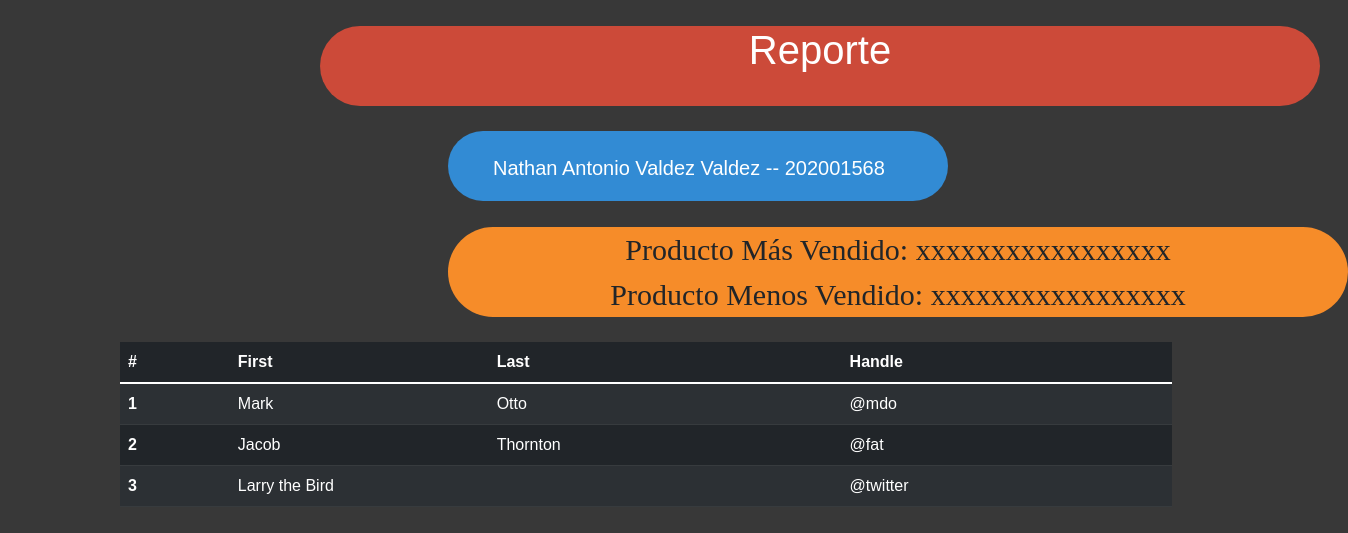
Repository: nathanvdev/LFP_PR_202001568
Page: plantilla.html
An editor plug-in stored every save of this project. The page is shown before and after the next save, followed by the edit.
The browser window is 1280 px wide. The page is 1348 px wide, then 1320 px, so the pictures cover 1348 px, including what lies to the right of the window. The pictures show the whole page.

Above is the page before, as saved 2022-02-19 19:20:48.

After the next save:
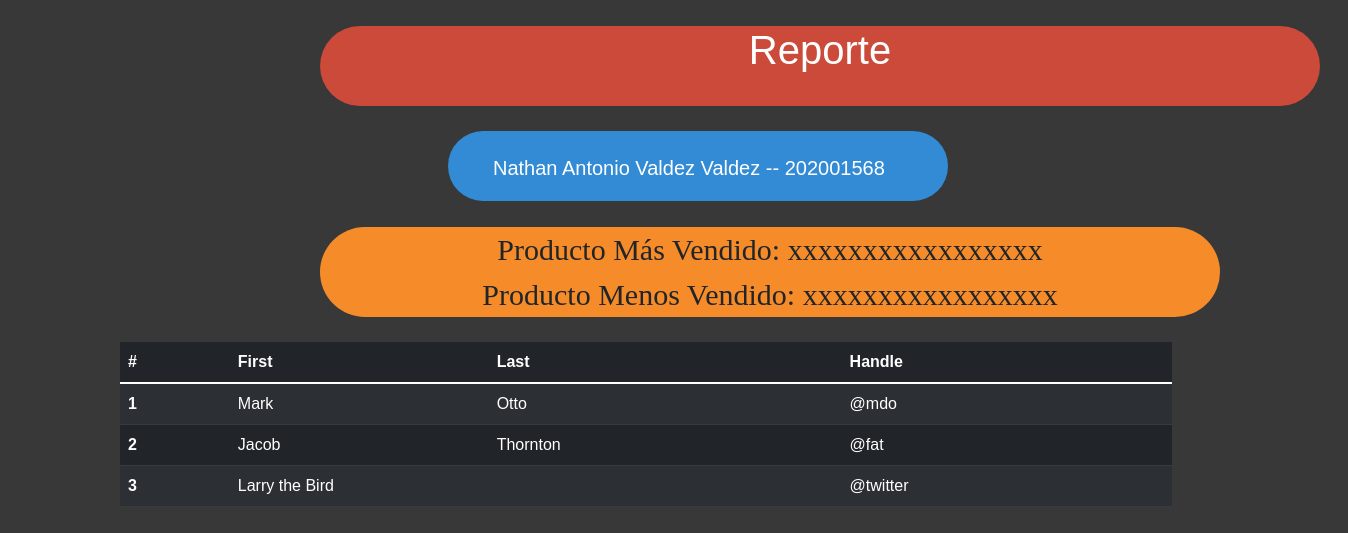
Saved 6 s later.
--- a/plantilla.html
+++ b/plantilla.html
@@ -47,7 +47,7 @@
         width: 900px;
         margin: 2%;
         margin-top: 0px;
-        margin-left: 35%;
+        margin-left: 25%;
         border-radius: 45px;
         text-align: center;
     }
